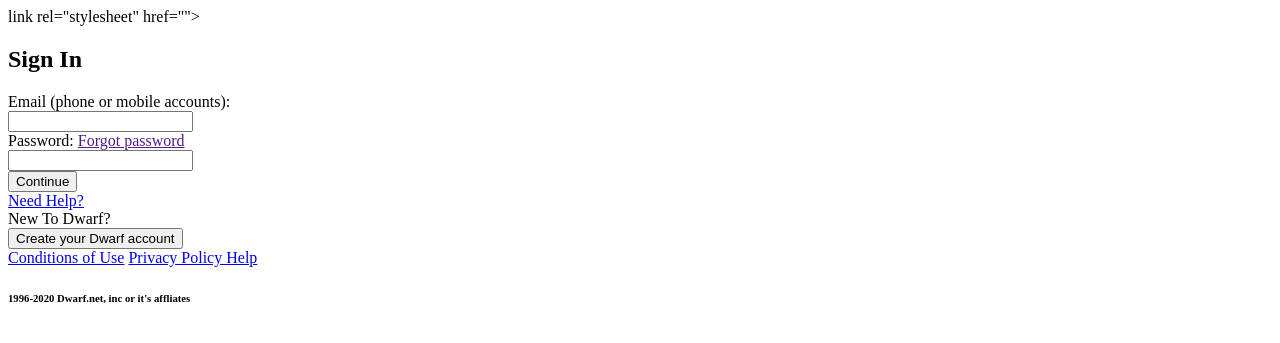
Repository: brittmarie333/replica
Page: index.html
The author's editor kept a copy of each file at every save. The page is drawn from the files as they stood at one save, then again after a run of saves.
The browser window is 1280 px wide. The pictures show the whole page.

Above is the page before, as saved 2023-11-12 19:36:22.

After the next 2 saves:
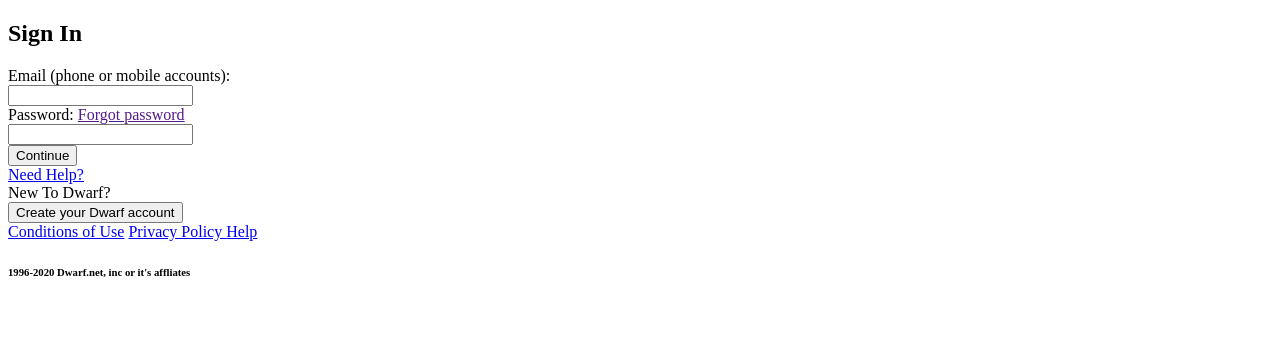
The 2 saves are shown as one change because they came seconds apart.
The last was saved 7 s later.
--- a/index.html
+++ b/index.html
@@ -3,7 +3,6 @@
 <head>
     <meta charset="UTF-8">
     <meta name="viewport" content="width=device-width, initial-scale=1.0">
-    link rel="stylesheet" href="">
     <title>Log in</title>
 </head>
 <body>
